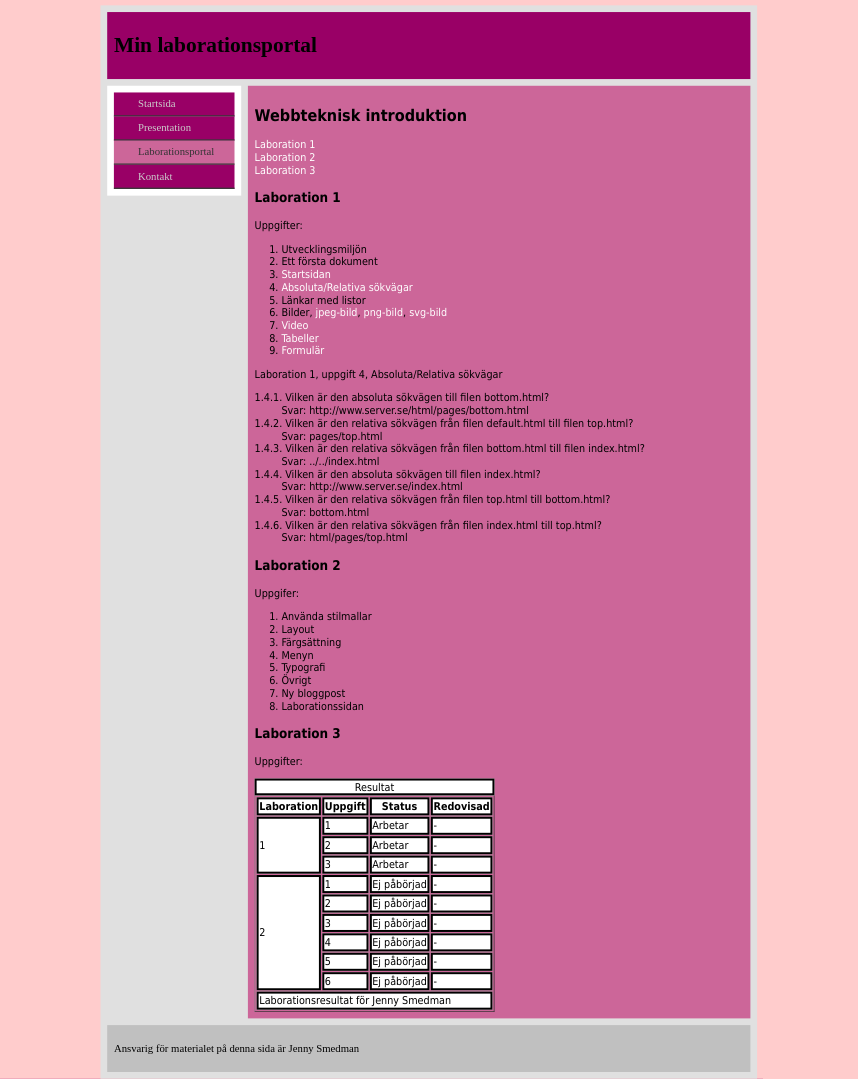
Repository: js223mx/1ik415-js223mx-laborationer
Page: pages/laborationer.html
The author's editor kept a record of every edit. The page is drawn from the files as they stood at one moment, then again after the next edit.
The browser window is 1280 px wide. The pictures show the whole page, at 67% of full size.

Above is the page before.

### pages/laborationer.html
<!doctype html>
<html lang ="sv">

    <head>

            <meta charset="utf-8" />
            <title>Min laborationsportal</title>
            <link rel="stylesheet" type="text/css" href="../css/style.css">
    </head>
    <body>
         <div id="container">
         <div id="header">
         <h1>Min laborationsportal</h1>
         </div>



            <div id="navigation">
                <ul>
                <li><a href="../index.html">Startsida</a></li>
                <li><a href="presentation.html">Presentation</a></li>
                <li><a href="laborationer.html" class="active">Laborationsportal</a></li>
                <li><a href="kontakt.html">Kontakt</a></li>
            </ul>
            </div>

                <div id="content">
                <h2>Webbteknisk introduktion</h2>

                    <ul>
                        <li><a href="#Laboration1">Laboration 1</a> </li>
                        <li><a href="#Laboration2">Laboration 2</a></li>
                        <li><a href="#Laboration3">Laboration 3</a></li>
                    </ul>

                <h3 id="Laboration1">Laboration 1</h3>

                    <p>Uppgifter:</p>
                        <ol>
                            <li>Utvecklingsmiljön</li>
                            <li>Ett första dokument</li>
                            <li><a href="../index.html#<p>Välkommen</p>">Startsidan</a> </li>
                            <li><a href="laborationer.html#Uppgift4">Absoluta/Relativa sökvägar</a> </li>
                            <li>Länkar med listor</li>
                            <li>Bilder, <a href="presentation.html#jag">jpeg-bild</a>, <a href="../index.html#logga">png-bild</a>, <a href="../index.html#svgbild">svg-bild</a></li>
                            <li><a href="../index.html#video">Video</a> </li>
                            <li><a href="laborationer.html#table">Tabeller</a> </li>
                            <li><a href="kontakt.html#contact-form">Formulär</a></li>
                        </ol>

                        <p id="Uppgift4">Laboration 1, uppgift 4, Absoluta/Relativa sökvägar</p>
                        <dl>
                            <dt>1.4.1. Vilken är den absoluta sökvägen till filen bottom.html?</dt>
                            <dd>Svar: http://www.server.se/html/pages/bottom.html</dd>
                            <dt>1.4.2. Vilken är den relativa sökvägen från filen default.html till filen top.html?</dt>
                            <dd>Svar: pages/top.html</dd>
                            <dt>1.4.3. Vilken är den relativa sökvägen från filen bottom.html till filen index.html?</dt>
                            <dd>Svar: ../../index.html</dd>
                            <dt>1.4.4. Vilken är den absoluta sökvägen till filen index.html?</dt>
                            <dd>Svar: http://www.server.se/index.html</dd>
                            <dt>1.4.5. Vilken är den relativa sökvägen från filen top.html till bottom.html?</dt>
                            <dd>Svar: bottom.html</dd>
                            <dt>1.4.6. Vilken är den relativa sökvägen från filen index.html till top.html?</dt>
                            <dd>Svar: html/pages/top.html</dd>
                        </dl>

                <h3 id="Laboration2">Laboration 2</h3>

                    <p>Uppgifer:</p>
                        <ol>
                            <li>Använda stilmallar</li>
                            <li>Layout</li>
                            <li>Färgsättning</li>
                            <li>Menyn</li>
                            <li>Typografi</li>
                            <li>Övrigt</li>
                            <li>Ny bloggpost</li>
                            <li>Laborationssidan</li>
                        </ol>

                <h3 id="Laboration3">Laboration 3</h3>

                    <p>Uppgifter:</p>


                        <table border="1">
                            <caption id="table">Resultat</caption>
                            <tr>
                                <th>Laboration</th>
                                <th>Uppgift</th>
                                <th>Status</th>
                                <th>Redovisad</th>
                            </tr>
                            <tr>
                                <td rowspan="3">1</td>
                                <td>1</td>
                                <td>Arbetar</td>
                                <td>-</td>
                            </tr>
                            <tr>

                                <td>2</td>
                                <td>Arbetar</td>
                                <td>-</td>
                            </tr>
                            <tr>

                                <td>3</td>
                                <td>Arbetar</td>
                                <td>-</td>
                            </tr>
                            <tr>
                                <td rowspan="6">2</td>
                                <td>1</td>
                                <td>Ej påbörjad</td>
                                <td>-</td>
                            </tr>
                            <tr>
                                <td>2</td>
                                <td>Ej påbörjad</td>
                                <td>-</td>
                            </tr>
                            <tr>
                                <td>3</td>
                                <td>Ej påbörjad</td>
                                <td>-</td>
                            </tr>
                            <tr>
                                <td>4</td>
                                <td>Ej påbörjad</td>
                                <td>-</td>
                            </tr>
                            <tr>
                                <td>5</td>
                                <td>Ej påbörjad</td>
                                <td>-</td>
                            </tr>
                            <tr>
                                <td>6</td>
                                <td>Ej påbörjad</td>
                                <td>-</td>
                            </tr>
                            <tr>
                                <td colspan="4">Laborationsresultat för Jenny Smedman</td>
                            </tr>
                        </table>
                        </div>

             <div id="footer">
             <p>Ansvarig för materialet på denna sida är Jenny Smedman</p>
             </div>


          </div>
    </body>




</html>

### css/style.css
html {
    height: 100%;
}
body {
    background-color: #FFCCCC;
    min-height: 100% !important;
    height: 100;
}
#container {
    width: 960px;
    margin-left: auto;
    margin-right: auto;
}
#navigation {
    width: 180px;
    float: left;
    background-color: #FFFFFF;
    height: 100%;
    margin-right: 10px;
}
#content {
    overflow: scroll;
    background-color: #CC6699;
    height: 100%;
    font-family: "Tahoma", Geneva, sans-serif;
}
#header {
    background-color: #990066;
    margin-bottom: 10px;
}
#footer {
    background-color: #C0C0C0;
    margin-top: 10px;
}
/* body backgroundcolor: #FFCCCC
    navigation backgroundcolor: #FFFFFF
    content backgroundcolor: #CC6699
    header backgroundcolor: #990066
    footer backgroundcolor: #C0C0C0 */

div {
    padding: 10px;
    background-color: #E0E0E0;
}
ul {
    list-style-type:none;
    padding-left: 0;
    margin: 0;
}

h1 {
    font-size: 200%;
}
h2 {
    font-size: 150%;

}
h3 {
    font-size: 125%;
}
p {
    font-size: 100%;

}
.h3{
    border-bottom: 2px solid #000000;
    background-color:transparent;
}
.h3: before{
    width: 46px;
    height: 44px;
    background: url("pics/texticon.png") no-repeat;
    content:"";
    float: left;
    display: block;
    margin: 5px 5px 5px 0;
}
#video
{
    margin-bottom:0px;
}
#blogg {
    margin-bottom:0px;
}
#content a {
    text-decoration: none;
    color: #FFFFFF;
}
#content a:hover {
    text-decoration: underline;
}
/*navigation---------------------------------------------------------*/

#navigation a:hover
{
    background: #CC6699;
	color: #fff;
}
#navigation a {
    background: #990066;
	border-bottom: 2px solid #393939;
	color: #ccc;
	display: block;
	margin: 0px;
	padding: 8px 12px;
	text-decoration: none;
	text-indent: 24px;
}
#navigation .active {
    background-color: #CC6699;
	color: #333;
}
/*table---------------------------------------------------------*/
#table, td, th{
    border:3px solid black;
    background-color:white;
}
.list-title
{
    font-weight:bold;
}

After the next edit:
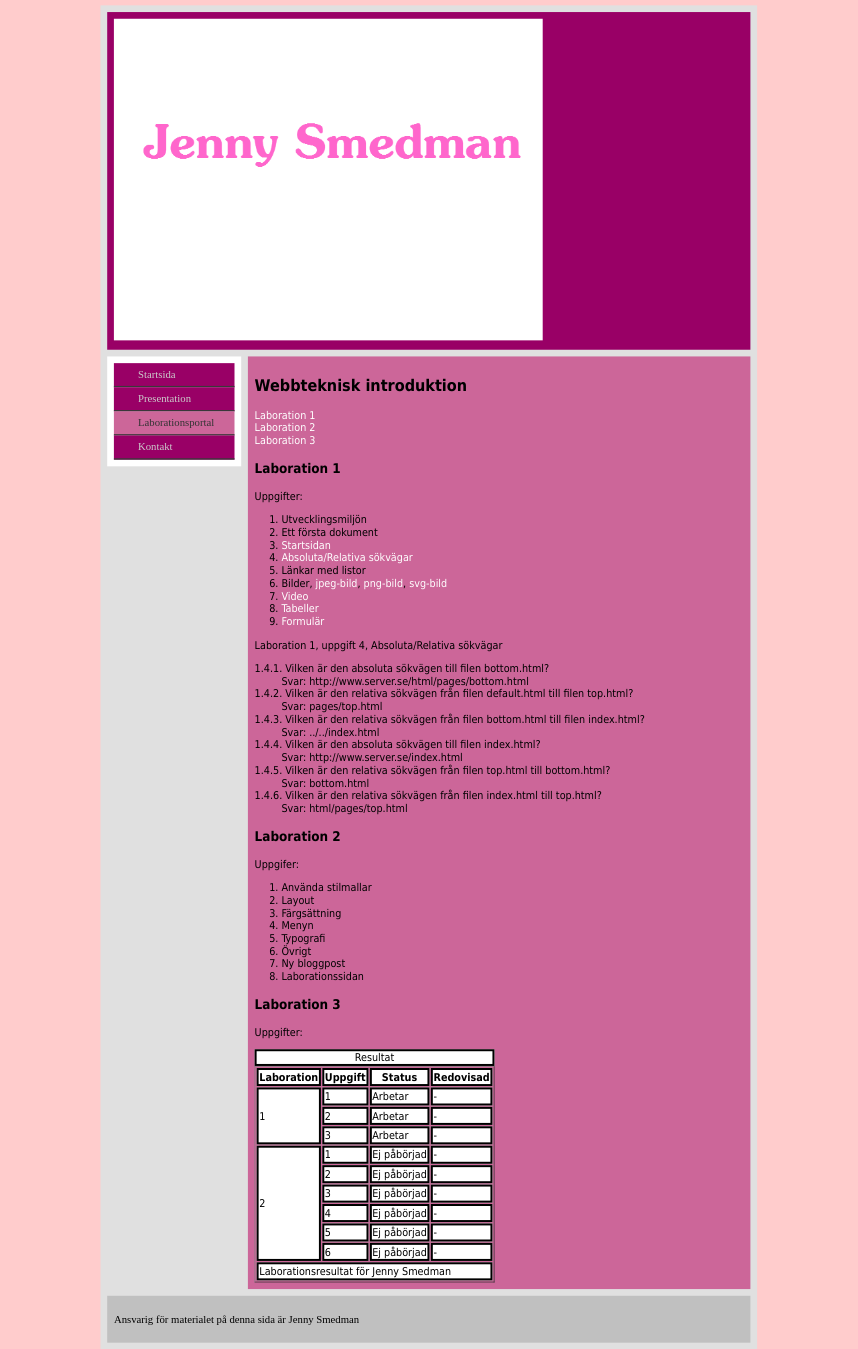
The edit:
--- a/pages/laborationer.html
+++ b/pages/laborationer.html
@@ -10,8 +10,10 @@
     <body>
          <div id="container">
          <div id="header">
-         <h1>Min laborationsportal</h1>
+          <img id="logga" src="../pics/logga.png" alt="Min logga" />
          </div>
+
+
 
 
 
